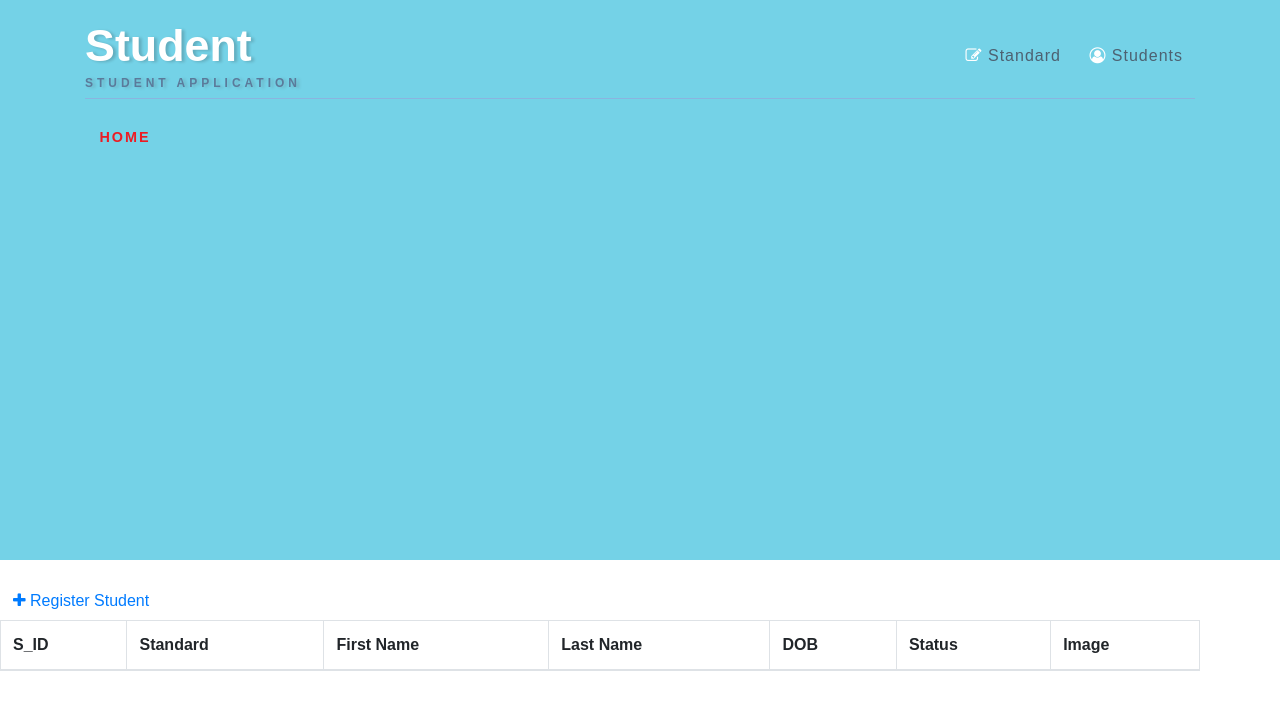
Repository: PallaviMadiya/Java-Framework-
Page: http://localhost/StudentApplication/student.jsp
These files come from the project's save history. The page is drawn as it stood at one moment and after the next save; the edit follows.
The browser window is 1280 px wide. The pictures show the whole page.
Some web fonts or font styles are not loaded; a fallback is used. The page is served by Tomcat 9. Queries for data that is not in the repository find no rows.

Above is the page before, as saved 2023-10-18 09:12:25.

After the next save:
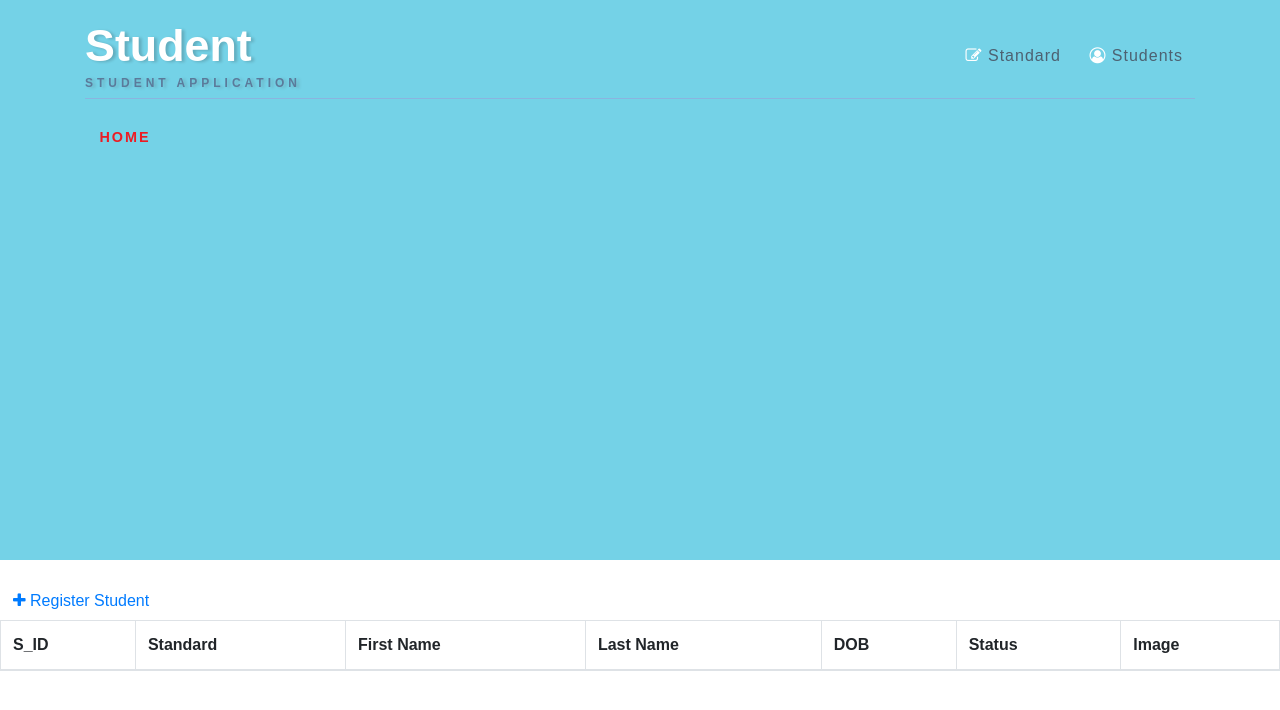
Saved 14 s later.
--- a/StudentApplication/src/main/webapp/student.jsp
+++ b/StudentApplication/src/main/webapp/student.jsp
@@ -19,7 +19,7 @@
     </div>
 	<%List<Student> list = StudentDao.getStudentList(); %>
 
-	<table class="table table-bordered" style="width:1200px;" >
+	<table class="table table-bordered" style="width:75 %;" >
   <thead>
     <tr>
       <th scope="col">S_ID</th>
